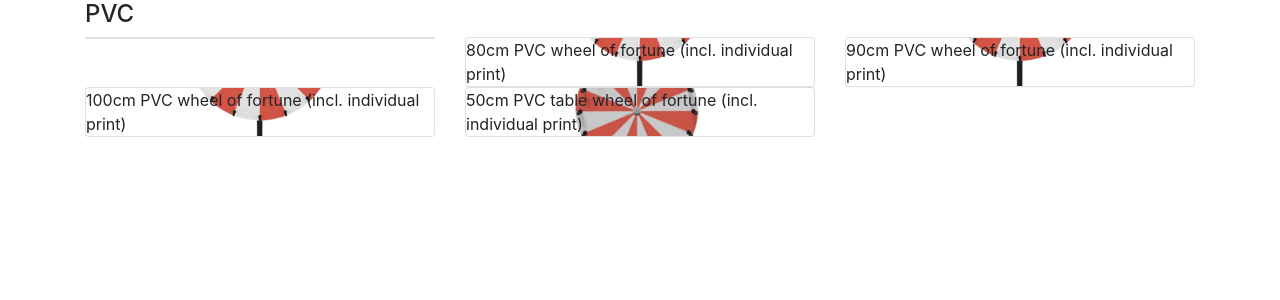
Repository: Awaisp-irfan/fahad-project
Page: pvc.html
The author's editor kept a copy of each file at every save. The page is drawn from the files as they stood at one save, then again after the next save.
The browser window is 1280 px wide. The pictures show the whole page.

Above is the page before, as saved 2022-06-30 08:58:37.

After the next save:
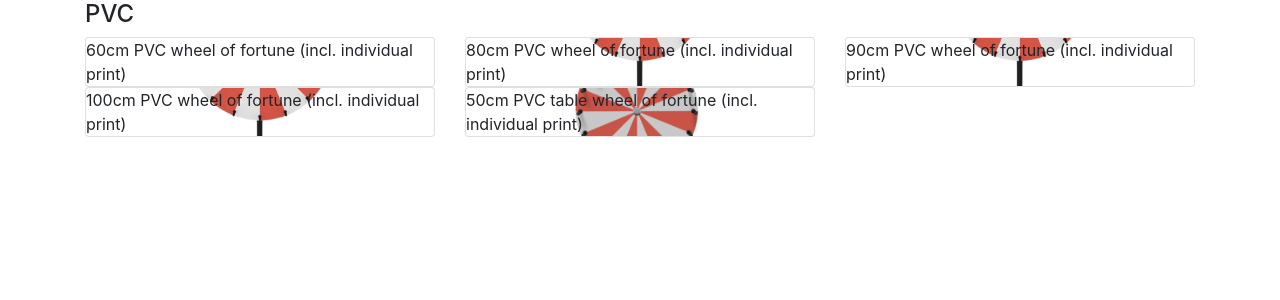
Saved 51 s later.
--- a/pvc.html
+++ b/pvc.html
@@ -31,7 +31,7 @@
                         </div>
                     </div>
                     <div class="cm60-content">
-
+                        60cm PVC wheel of fortune (incl. individual print)
                     </div>
                 </div>
             </div>
